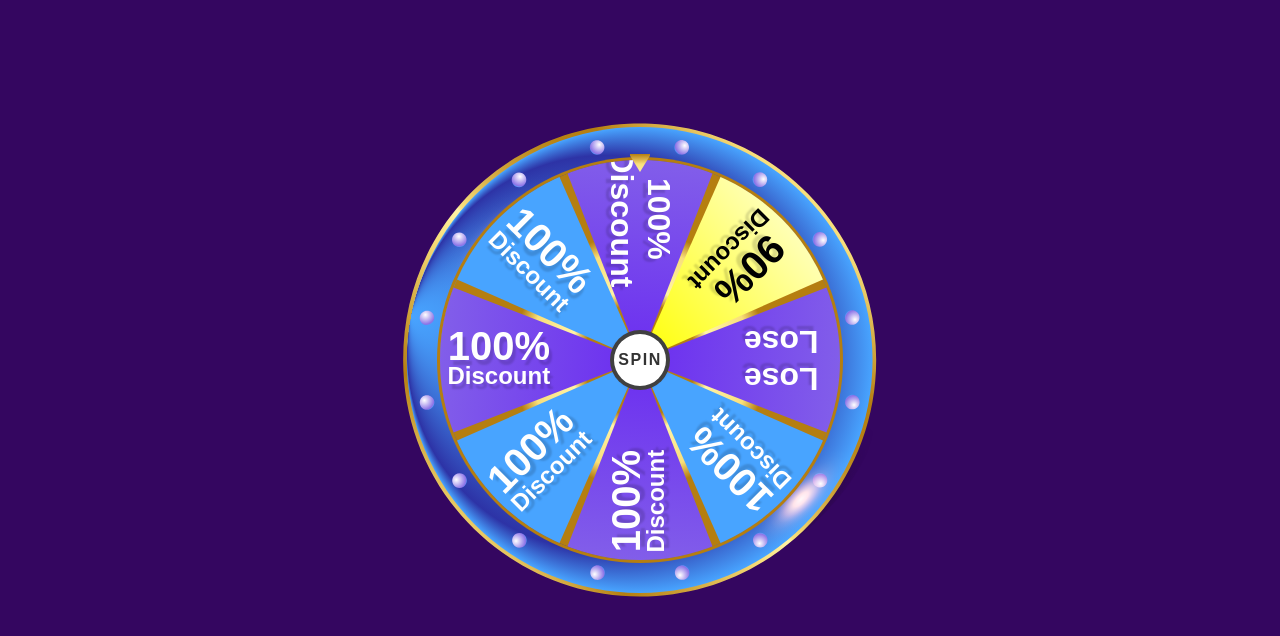
Repository: Jacques-Jaki-Morkel/FundedMarketplace_WheelofFortune
Page: index.html
The author's editor kept a copy of each file at every save. The page is drawn from the files as they stood at one save, then again after the next save.
The browser window is 1280 px wide. The pictures show the whole page.

Above is the page before, as saved 2025-08-14 14:13:17.

### index.html
<!DOCTYPE html>
<html lang="en">

<head>
    <meta charset="UTF-8">
    <meta name="viewport" content="width=device-width, initial-scale=1.0">
    <title>Wheel of Fortune - Funded Marketplace</title>
    <link rel="stylesheet" href="styles.css">
</head>

<body>
    <div class="container">
        <div class="spinBtn">
            SPIN
        </div>
        <img class="wheel-frame" src="assets/rings.svg" alt="wheel rings">
        <div class="wheel">
            <div class="number" style=" --i:1 ;">
                <span>
                    <div class="sliceTextGroup">
                        <h2 class="mediumSliceText">100%</h2>
                        <h3 class="mediumSliceText">Discount</h3>
                    </div>
                </span>
            </div>
            <div class="number" style=" --i:2 ;--clr2: linear-gradient(var(--angle), white, yellow);">
                <span class="ulitmatePrize">
                    <div class="sliceTextGroup">
                        <h2 class="largeSliceText">90%</h2>
                        <h3 class="smallSliceText">Discount</h3>
                    </div>
                </span>
            </div>
            <div class="number" style=" --i:3 ;">
                <span>
                    <div class="sliceTextGroup">
                        <h2 class="mediumSliceText">Lose</h2>
                        <h3 class="mediumSliceText">Lose</h3>
                    </div>
                </span>
            </div>
            <div class="number"
                style=" --i:4 ;--clr2: linear-gradient(var(--angle), #8b72e7 0%, #48a4ff 7%, #48a4ff 89%,  #3638ad 100%);">
                <span>
                    <div class="sliceTextGroup">
                        <h2 class="largeSliceText">100%</h2>
                        <h3 class="smallSliceText">Discount</h3>
                    </div>
                </span>

            </div>
            <div class="number" style=" --i:5 ;">
                <span>
                    <div class="sliceTextGroup">
                        <h2 class="largeSliceText">100%</h2>
                        <h3 class="smallSliceText">Discount</h3>
                    </div>
                </span>

            </div>
            <div class="number"
                style=" --i:6 ;--clr2: linear-gradient(var(--angle), #8b72e7 0%, #48a4ff 7%, #48a4ff 89%,  #3638ad 100%);">
                <span>
                    <div class="sliceTextGroup">
                        <h2 class="largeSliceText">100%</h2>
                        <h3 class="smallSliceText">Discount</h3>
                    </div>
                </span>

            </div>
            <div class="number" style=" --i:7 ;">
                <span>
                    <div class="sliceTextGroup">
                        <h2 class="largeSliceText">100%</h2>
                        <h3 class="smallSliceText">Discount</h3>
                    </div>
                </span>

            </div>
            <div class="number"
                style=" --i:8 ;--clr2: linear-gradient(var(--angle), #8b72e7 0%, #48a4ff 7%, #48a4ff 89%,  #3638ad 100%);">
                <span>
                    <div class="sliceTextGroup">
                        <h2 class="largeSliceText">100%</h2>
                        <h3 class="smallSliceText">Discount</h3>
                    </div>
                </span>

            </div>
        </div>
        <div>
            <script src="script.js"></script>
</body>

</html>

### styles.css
* {
    margin: 0;
    padding: 0;
    box-sizing: border-box;
    font-family: 'Poppins', sans-serif;
}

body {
    display: flex;
    justify-content: center;
    align-items: center;
    min-height: 100vh;
    background: rgb(52, 6, 96);
}

.container {
    position: relative;
    width: 400px;
    height: 400px;
    display: flex;
    justify-content: center;
    align-items: center;
}

.container .spinBtn {
    position: absolute;
    width: 60px;
    height: 60px;
    background: #fff;
    border-radius: 50%;
    z-index: 10;
    display: flex;
    justify-content: center;
    align-items: center;
    text-transform: uppercase;
    font-weight: 600;
    color: #333;
    letter-spacing: 0.1em;
    border: 4px solid rgba(0, 0, 0, 0.75);
    cursor: pointer;
    user-select: none;
}

.container .spinBtn::before {
    content: '';
    position: absolute;
    top: -180px;
    width: 20px;
    transform: rotate(180DEG);
    height: 30px;
    background: linear-gradient(#b57e10  ,#fff3a6 , #f9df7b , #b57e10 );
    clip-path: polygon(50% 40%, -5% 100%, 105% 100%);
}

.container .wheel {
    position: absolute;
    top: 50%;
    left: 50%;
    width: 100%;
    height: 100%;
    inset: 0;
    border-radius: 50%;
    overflow: hidden; /* keeps slices inside the wheel */
    z-index: 2; /* above frame */
    background: radial-gradient(#b57e10 20%, #fff3a6 25%, #f9df7b 39%, #b57e10 45%);
     box-shadow: 0 0 0 3px rgba(181, 126, 16, 1)


}

.wheel-frame {
    position: absolute;
    top: 50%;
    left: 50%;
    width: 170%; /* bigger than wheel */
    height: 170%;
    transform: translate(-50%, -50%);
    z-index: 1; /* behind the wheel */
    pointer-events: none; /* allows clicking wheel slices */
}


.container .wheel .number {
    position: absolute;
    width: 50%;
    height: 50%;
    background:var(--clr2, linear-gradient(var(--angle), #8b72e7, #6b2df0));
    --angle: 140deg;
    transform-origin: bottom right;
    transform: rotate(calc(45deg * var(--i)));
    clip-path: polygon(0 0, 56% 0, 100% 100%, 0 56%);
    display: flex;
    justify-content: center;
    align-items: center;
    user-select: none;
    cursor: pointer;
}

.container .wheel .number span {
    position: relative;
    transform: rotate(45deg);
    color: #fff;
    font-size: 2em;
    font-weight: 700;
    text-shadow: 3px 5px 2px rgba(0, 0, 0, 0.15);
}
.ulitmatePrize{
    position: relative;
    transform: rotate(45deg);
    color: #000 !important;
    font-size: 2em;
    font-weight: 700;
    text-shadow: 3px 5px 2px rgba(0, 0, 0, 0.15);
}
.sliceTextGroup {
    display: flex;
    flex-direction: column;
    align-items: center;
}
.smallSliceText {
    font-size: 0.75em;
}
.largeSliceText {
    font-size: 1.25em;
   line-height: 32px;
}
.mediumSliceText {
    font-size: 1em;

}

/* .container .wheel .number span::after {
    content: '$';
    padding-left: 5px;
    position: absolute;
    font-size: 0.75em;
    font-weight: 500;
} */

### script.js
const wheel = document.querySelector('.wheel');
const spinButton = document.querySelector('.spinBtn');
const value = Math.ceil(Math.random() * 360);

spinButton.addEventListener('click', () => {
    const rotations = Math.max(Math.random() * 100, 15); // Ensure at least 15 full rotations
    const randomDegree = Math.floor(Math.random() * (360*rotations)) + 720; // Ensure at least two full rotations
    const finalDegree = value + randomDegree;

    wheel.style.transition = 'transform 5s ease-in-out';
    wheel.style.transform = `rotate(${finalDegree}deg)`;

//     spin styles
//     cubic-bezier(0.33, 1, 0.68, 1)
})

After the next save:
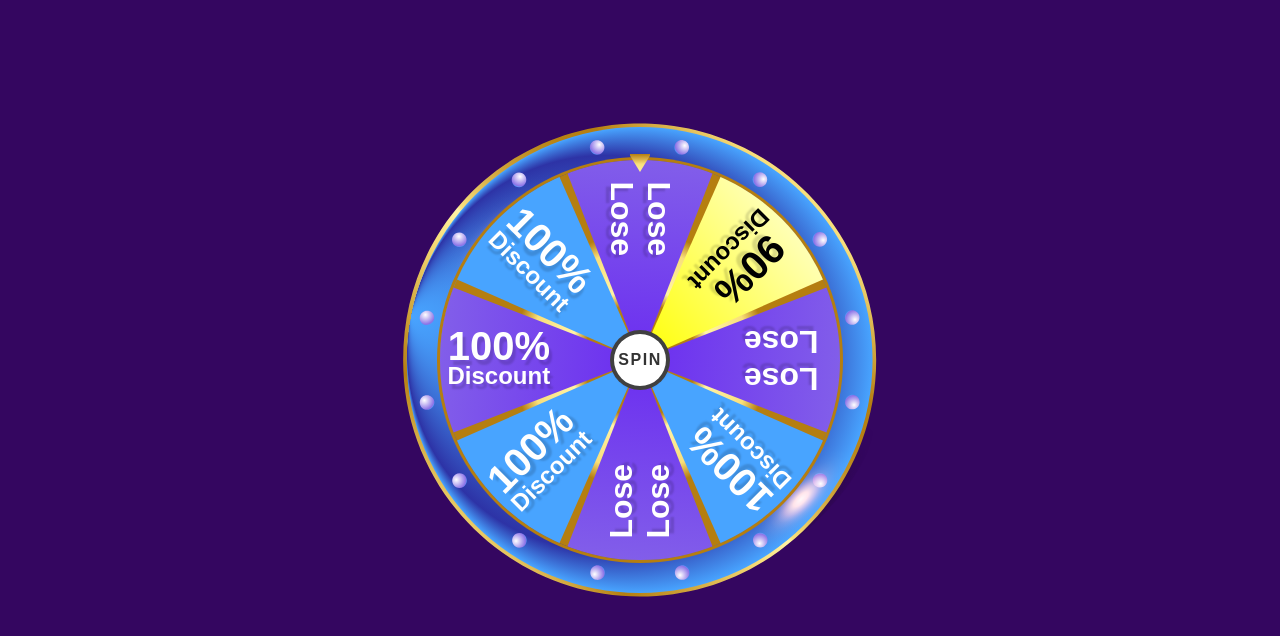
Saved 24 s later.
--- a/index.html
+++ b/index.html
@@ -18,8 +18,8 @@
             <div class="number" style=" --i:1 ;">
                 <span>
                     <div class="sliceTextGroup">
-                        <h2 class="mediumSliceText">100%</h2>
-                        <h3 class="mediumSliceText">Discount</h3>
+                        <h2 class="mediumSliceText">Lose</h2>
+                        <h3 class="mediumSliceText">Lose</h3>
                     </div>
                 </span>
             </div>
@@ -52,8 +52,8 @@
             <div class="number" style=" --i:5 ;">
                 <span>
                     <div class="sliceTextGroup">
-                        <h2 class="largeSliceText">100%</h2>
-                        <h3 class="smallSliceText">Discount</h3>
+                        <h2 class="mediumSliceText">Lose</h2>
+                        <h3 class="mediumSliceText">Lose</h3>
                     </div>
                 </span>
 
